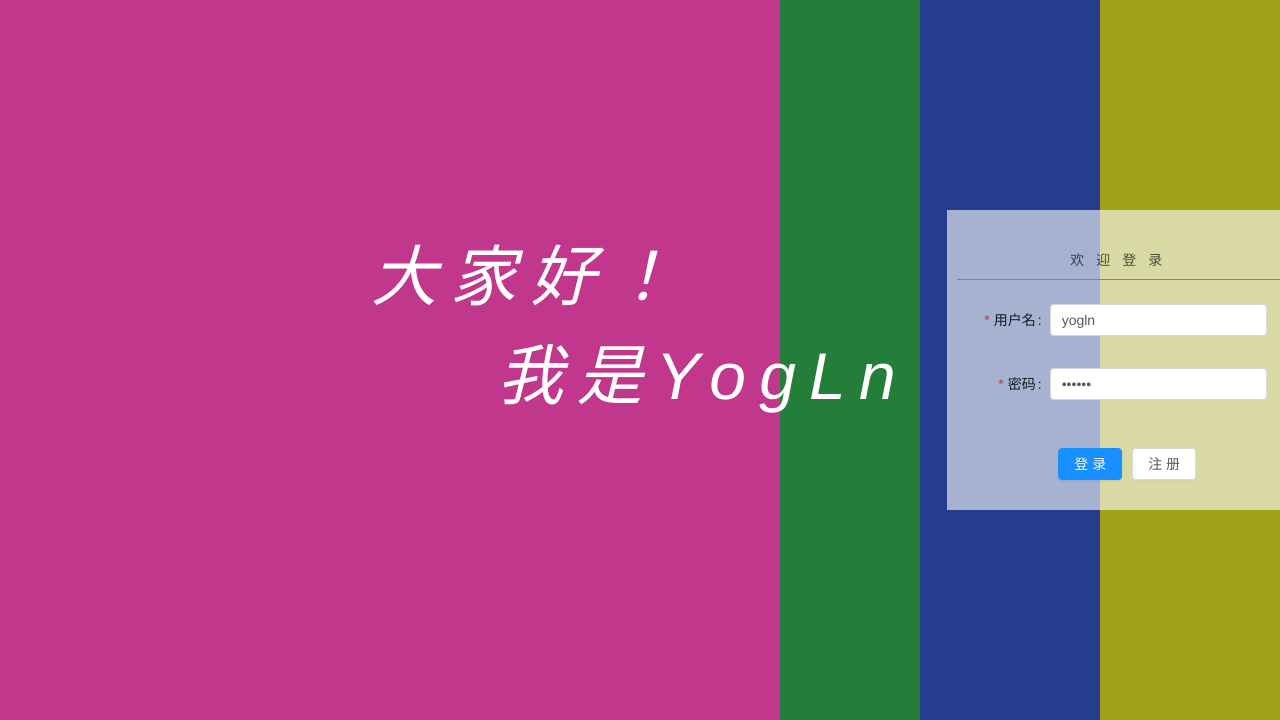
Repository: YogLn/theory-fre
Page: /register
The author's editor kept a copy of each file at every save. The page is drawn from the files as they stood at one save, then again after the next save.
The browser window is 1280 px wide. The pictures show the whole page.
The project was rebuilt for these pictures with package versions that can differ from the ones it lists, and the page was loaded fresh each time.

Above is the page before, as saved 2021-07-22 16:46:21.

### src/App.vue
<template>
  <div id="app">
    <router-view />
  </div>
</template>

<style lang="less">
html,
body,
#app {
  height: 100%;
  font-family: 'Helvetica Neue', Helvetica, 'PingFang SC', 'Hiragino Sans GB',
    'Microsoft YaHei', '微软雅黑', Arial, sans-serif;
  // background: url('./assets/img/home.jpg') no-repeat center;
  background-attachment: fixed;
  background-size: 100% 100%;
}
</style>

### src/router/index.js
import Vue from 'vue'
import VueRouter from 'vue-router'

const Login = () => import('../pages/login/Login.vue')
const Home = () => import('../pages/home/Home.vue')
const Register = () => import('../pages/login/Register.vue')
const Moment = () => import('../pages/moment/Moment.vue')
const Publish = () => import('../pages/moment/Publish.vue')
const Mine = () => import('../pages/mine/Mine.vue')
const Comment = () => import('../components/comment/Comment.vue')

Vue.use(VueRouter)

const routes = [
  {
    path: '',
    redirect: '/login'
  },
  {
    path: '/login',
    component: Login
  },
  {
    path: '/register',
    component: Register
  },
  {
    path: '/home',
    component: Home,
    redirect: '/moment',
    children: [
      {
        path: '/moment',
        component: Moment
      },
      {
        path: '/upload',
        component: Publish
      },
      {
        path: '/moment/:momentId',
        component: Comment
      },
      {
        path: '/mine',
        component: Mine
      },
    ]
  }
]

const router = new VueRouter({
  mode: 'history',
  base: process.env.BASE_URL,
  routes
})

// 挂载路由导航守卫
router.beforeEach((to, from, next) => {
  if (to.path == '/login') return next()
  // 获取 token
  const tokenStr = window.sessionStorage.getItem('token')
  if (!tokenStr) return next('/login')
  next()
})

export default router

### src/network/request.js
import axiox from 'axios'
import { BASE_URL, TIMEOUT } from './config'
const instance = axiox.create({
  baseURL: BASE_URL,//baseURL会在发送请求的时候拼接在url参数的前面
  timeout: TIMEOUT
})

instance.interceptors.request.use(function (config) {
  config.headers.Authorization = window.sessionStorage.getItem('token')
  return config;
}, function (error) {
  // 对请求错误做些什么
  return Promise.reject(error);
});

// 添加响应拦截器
//此处可以根据服务器的返回状态码做响应的处理
//404 404 500
instance.interceptors.response.use(function (response) {
  // 对响应数据做点什么

  return response;
}, function (error) {
  // 对响应错误做点什么
  return Promise.reject(error);
});

export function get (url, params) {
  return instance.get(url, {
    params
  })
}

export function post (url, data) {
  return instance.post(url, data)
}

export function del (url) {
  return instance.delete(url)
}

export function put (url, data) {
  return instance.put(url, data)
}

### src/pages/login/Login.vue
<template>
  <div class="container">
    <div class="item yellow">
      <p>大家好！<br />&nbsp;&nbsp;&nbsp;&nbsp;我是YogLn</p>
    </div>
    <div class="item blue">
      <p>大家好！<br />&nbsp;&nbsp;&nbsp;&nbsp;我是YogLn</p>
    </div>
    <div class="item green">
      <p>大家好！<br />&nbsp;&nbsp;&nbsp;&nbsp;我是YogLn</p>
    </div>
    <div class="item pink">
      <p>大家好！<br />&nbsp;&nbsp;&nbsp;&nbsp;我是YogLn</p>
    </div>
    <div class="login-box">
      <div class="login-header">
        <span>欢迎登录</span>
      </div>
      <div class="login-form">
        <a-form-model ref="loginFormRef"
                      :model="loginForm"
                      v-bind="layout"
                      :rules="loginFormRules">
          <a-form-model-item label="用户名"
                             prop="name">
            <a-input v-model="loginForm.name"
                     type="text"
                     autocomplete="off"
                     placeholder="请输入用户名" />
          </a-form-model-item>
          <a-form-model-item label="密码"
                             prop="password">
            <a-input v-model="loginForm.password"
                     type="password"
                     autocomplete="off"
                     placeholder="请输入密码" />
          </a-form-model-item>
        </a-form-model>
      </div>
      <div class="login-btn">
        <a-button type="primary"
                  class="btn-login"
                  @click="login">登录</a-button>
        <a-button @click="register">注册</a-button>
      </div>
    </div>
  </div>
</template>

<script>
import { Mixin } from '../../mixin'
export default {
  mixins: [Mixin],
  created() { },
  data() {
    return {
      loginForm: {
        name: 'yogln',
        password: '123456',
      },
    }
  },
  methods: {
    async login() {
      const res = await this.$http.post('/login', this.loginForm)
      if (res.status !== 200) {
        return this.$message.error('登录失败')
      }
      window.sessionStorage.setItem('token', res.data.token)
      window.sessionStorage.setItem('id', res.data.id)
      this.$message.success('登录成功')
      this.$router.push('/home')
    },
    register() {
      this.$router.push('/register')
    },
  },
}
</script>

<style lang="less" scoped>
.container {
  height: 100vh;
  position: relative;

  .item {
    position: absolute;
    width: 100%;
    height: 100%;
    top: 0;
    left: 0;
    display: flex;
    justify-content: center;
    align-items: center;
    font-size: 66px;
    font-style: italic;
    transform: translate(-100%);
  }

  .item p {
    letter-spacing: 0.2em;
    color: #fff;
    transform: translateX(-190%);
  }

  .yellow {
    background-color: rgb(160, 160, 26);
    animation: bg 0.3s linear forwards;
  }
  .yellow p {
    animation: text 3s 0.3s cubic-bezier(0, 0.49, 0, 1) forwards;
  }

  .blue {
    background-color: rgb(36, 61, 143);
    clip: rect(0, 1100px, 100vh, 0);
    animation: bg 2.4s 0.6s cubic-bezier(0, 0.49, 0, 1) forwards;
  }
  .blue p {
    animation: text 2.4s 0.6s cubic-bezier(0, 0.49, 0, 1) forwards;
  }

  .green {
    background-color: rgb(34, 126, 57);
    clip: rect(0, 920px, 100vh, 0);
    animation: bg 2.1s 0.9s cubic-bezier(0, 0.49, 0, 1) forwards;
  }
  .green p {
    animation: text 2.1s 0.9s cubic-bezier(0, 0.49, 0, 1) forwards;
  }

  .pink {
    background-color: rgb(192, 55, 139);
    clip: rect(0, 780px, 100vh, 0);
    animation: bg 1.8s 1.2s cubic-bezier(0, 0.49, 0, 1) forwards;
  }
  .pink p {
    animation: text 1.8s 1.2s cubic-bezier(0, 0.49, 0, 1) forwards;
  }

  @keyframes bg {
    from {
      transform: translate(-100%);
    }
    to {
      transform: translateX(0);
    }
  }

  @keyframes text {
    from {
      transform: translate(-190%);
    }
    to {
      transform: translateX(0);
    }
  }

  .login-box {
    display: relative;
    padding: 40px 10px;
    width: 350px;
    height: 300px;
    background: rgba(255, 255, 255, 0.6);
    position: fixed;
    left: 74%;
    top: 50%;
    transform: translateY(-50%);
    .login-header {
      margin-top: -10px;
      display: flex;
      justify-content: center;
      height: 40px;
      line-height: 40px;
      border-bottom: 1.6px solid #818679;
      span {
        text-align: center;
        letter-spacing: 12px;
      }
    }
    .login-form {
      padding: 20px;
    }
    .login-btn {
      position: absolute;
      left: 50%;
      transform: translateX(-50%);
      .btn-login {
        margin: 0 10px;
      }
    }
  }
}
</style>

### src/network/config.js
const devBaseURL = "http://121.4.100.103:5000";
const proBaseURL = "http://121.4.100.103:5000";
export const BASE_URL = process.env.NODE_ENV === 'development' ? devBaseURL: proBaseURL;

export const TIMEOUT = 5000;

### src/mixin.js
export const Mixin = {
  data() {
    return {
      loginFormRules:  {
        name: [{ required: true, message: '请输入用户名', trigger: 'blur' }],
        password: [{ required: true, message: '请输入密码', trigger: 'blur' }]
      },

      layout: {
        labelCol: { span: 6 },
        wrapperCol: { span: 18 },
      },
    }
  },
}

Loaded but not shown: public/index.html (common file); src/main.js (common file); src/store/index.js (common file); src/assets/css/reset.css (common file)

After the next save:
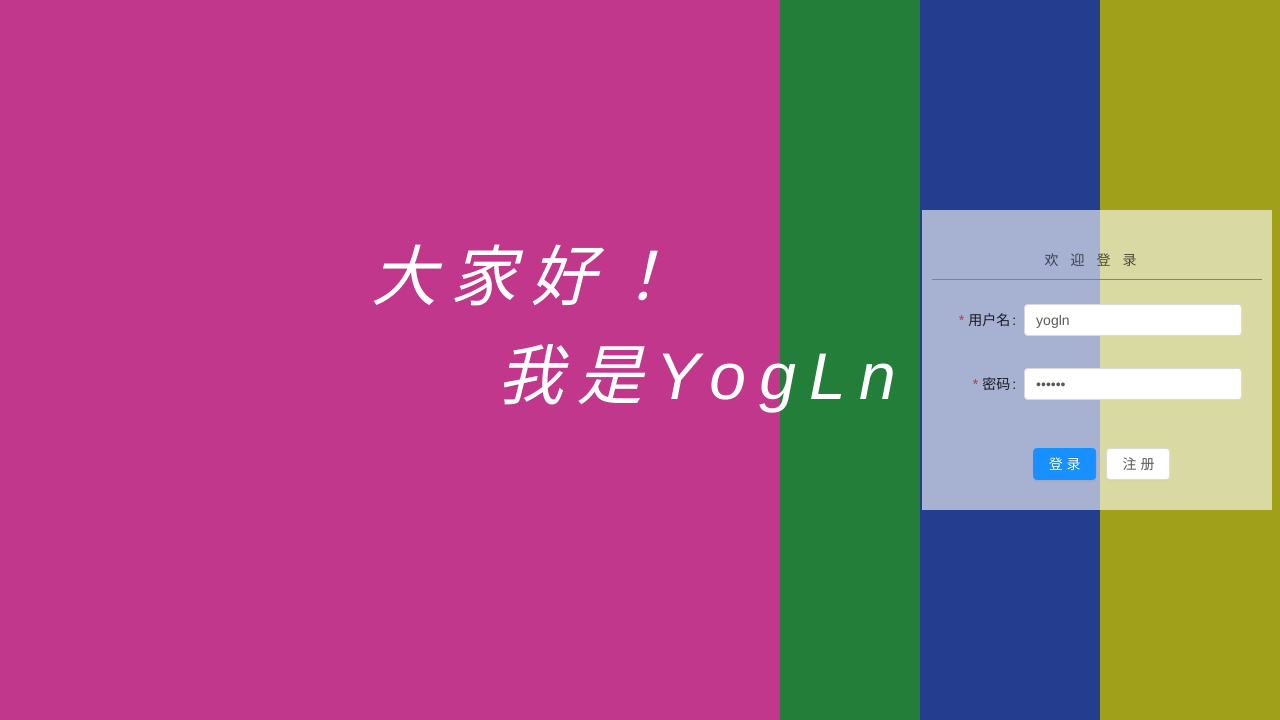
Saved 6 s later.
--- a/src/pages/login/Login.vue
+++ b/src/pages/login/Login.vue
@@ -163,7 +163,7 @@ export default {
     height: 300px;
     background: rgba(255, 255, 255, 0.6);
     position: fixed;
-    left: 74%;
+    left: 72%;
     top: 50%;
     transform: translateY(-50%);
     .login-header {
